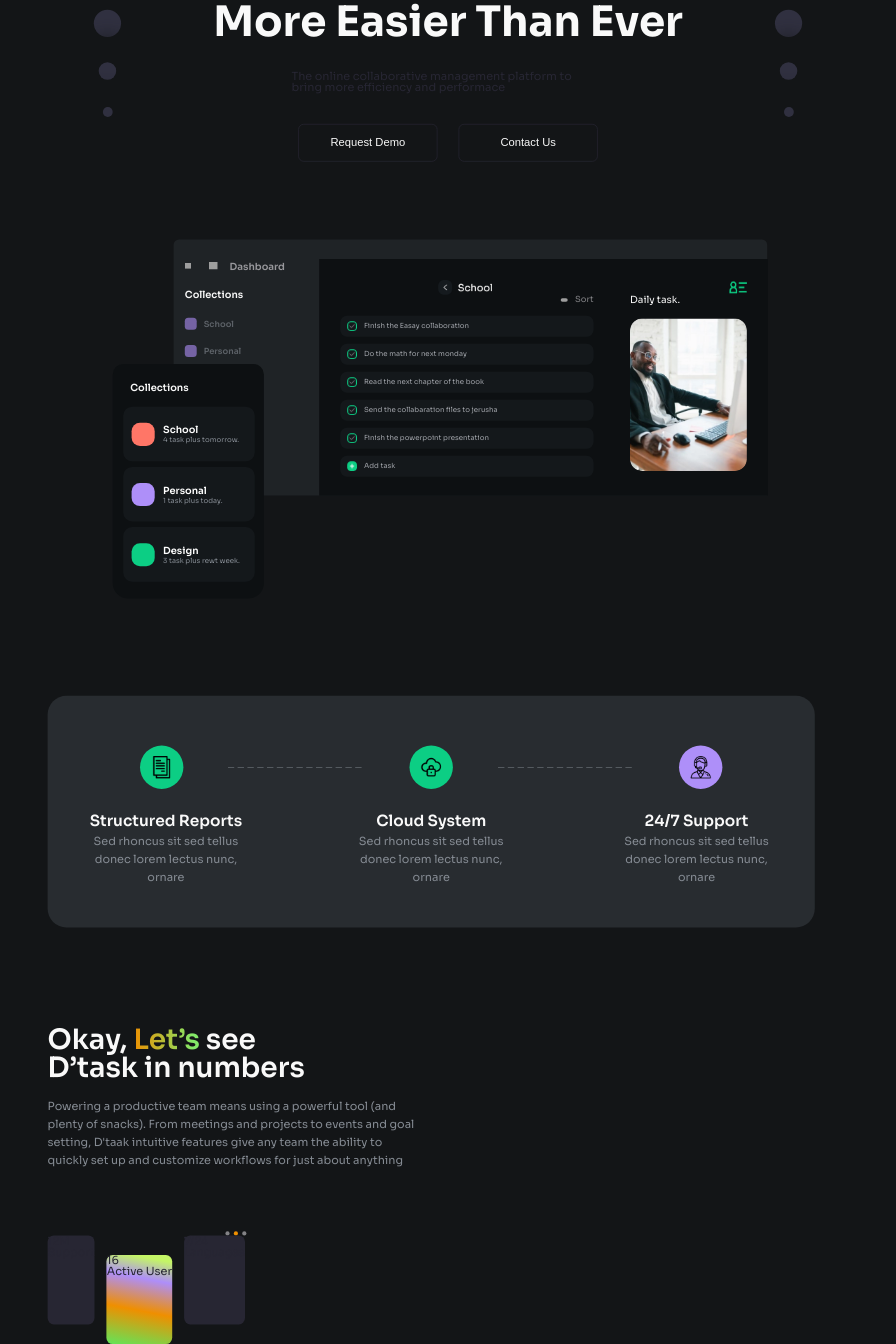
Repository: anhthiethumg/Task_Managerment_Website
Page: index.html
The author's editor kept a copy of each file at every save. The page is drawn from the files as they stood at one save, then again after a run of saves.
The browser window is 1280 px wide. The pictures show the part of the page from y = 320 to 2240 px (the page is 2240 px tall), at 70% of full size.
Pictures or frames that could not be fetched are drawn as grey boxes. A picture or video elsewhere on the page could not be fetched, so the positions and the page height are approximate.

Above is the page before, as saved 2023-07-29 00:43:40.

### index.html
<!DOCTYPE html>
<html lang="en">
  <head>
    <meta charset="UTF-8" />
    <meta name="viewport" content="width=device-width, initial-scale=1.0" />
    <title>Task Managerment Website</title>
    <!-- Reset Css -->
    <link rel="stylesheet" href="./assets/css/reset.css" />

    <!-- CSS -->
    <link rel="stylesheet" href="./assets/css/styles.css" />

    <!-- Embed Font-->

    <link rel="preconnect" href="https://fonts.googleapis.com" />
    <link rel="preconnect" href="https://fonts.gstatic.com" crossorigin />
    <link
      href="https://fonts.googleapis.com/css2?family=Sora:wght@400;600;700;800&display=swap"
      rel="stylesheet"
    />
  </head>
  <body>
    <!-- Header -->
    <section class="header">
      <div class="container">
        <navbar class="row nav">
          <img src="./assets/image/logo.svg" alt="Task." />
          <div class="nav-list">
            <a class="nav-item" href="#!">Home</a>
            <a class="nav-item" href="#!">Products</a>
            <a class="nav-item" href="#!">Guidlines</a>
            <a class="nav-item" href="#!">Guidlines</a>
          </div>
          <button class="btn nav-btn">Sign In</button>
        </navbar>
        <section class="hero">
          <div class="row hero__content">
            <div class="stacked-circles">
              <div class="circles"></div>
              <div class="circles"></div>
              <div class="circles"></div>
              <div class="circles"></div>
            </div>
            <div class="hero--content__heading">
              <h1 class="hero__heading">
                Make <span class="heading__liner">Management</span> Way More
                Easier Than Ever
              </h1>
              <p class="hero__desc section-desc">
                The online collaborative management platform to bring more
                efficiency and performace
              </p>
              <div class="hero-btn row">
                <button type="button" class="btn hero__btn">
                  Request Demo
                </button>
                <button type="button" class="btn hero__btn">Contact Us</button>
              </div>
            </div>
            <div class="stacked-circles">
              <div class="circles"></div>
              <div class="circles"></div>
              <div class="circles"></div>
              <div class="circles"></div>
            </div>
          </div>
          <section class="task-manager row">
            <sidebar class="sidebar">
              <div class="row sidebar__header">
                <img
                  src="./assets/icons/icon-sidebar.svg"
                  alt="icon-sidebar"
                  class="icon__sidebar"
                />
                <img
                  src="./assets/icons/dashboard-icon.svg"
                  alt="dashboard-icon"
                  class="dashboard-icon"
                />
                <h4 class="sidebar__heading">Dashboard</h4>
              </div>
              <div class="sidebar__list">
                <h4 class="sidebar__list--heading">Collections</h4>
                <div class="sidebar__list--item">
                  <h5 class="sidebar__item--content">School</h5>
                </div>
                <div class="sidebar__list--item">
                  <h5 class="sidebar__item--content">Personal</h5>
                </div>
              </div>
            </sidebar>
            <section class="task-manager__section">
              <div class="task__header row">
                <img src="./assets/icons/school.png" alt="Back" class="back" />
                <img
                  src="./assets/icons/contact us icon.png"
                  alt="Contact"
                  class="contact-us"
                />
              </div>
              <div class="task__content row">
                <div class="list--work">
                  <div class="list-sort">Sort</div>
                  <div class="work--item">Finish the Easay collaboration</div>
                  <div class="work--item">Do the math for next monday</div>
                  <div class="work--item">
                    Read the next chapter of the book
                  </div>
                  <div class="work--item">
                    Send the collabaration files to jerusha
                  </div>
                  <div class="work--item">
                    Finish the powerpoint presentation
                  </div>
                  <div class="work--item">Add task</div>
                </div>
                <div class="daily-task">
                  <div class="dailytask__heading">Daily task.</div>
                  <img
                    class="dailytask__img"
                    src="./assets/image/Rectangle 50.png"
                    alt="Daily task"
                  />
                </div>
              </div>
              <div class="card">
                <div class="card__heading">Collections</div>
                <div class="card__list">
                  <div class="card__item">
                    <div class="card__item--icon"></div>
                    <div class="card__item--content">
                      <h4 class="card__item--title">School</h4>
                      <p class="card__item--desc">4 task plus tomorrow.</p>
                    </div>
                  </div>
                  <div class="card__item">
                    <div class="card__item--icon"></div>
                    <div class="card__item--content">
                      <h4 class="card__item--title">Personal</h4>
                      <p class="card__item--desc">1 task plus today.</p>
                    </div>
                  </div>
                  <div class="card__item">
                    <div class="card__item--icon"></div>
                    <div class="card__item--content">
                      <h4 class="card__item--title">Design</h4>
                      <p class="card__item--desc">3 task plus rewt week.</p>
                    </div>
                  </div>
                </div>
              </div>
            </section>
          </section>
        </section>
      </div>
    </section>

    <!-- Main -->
    <main class="main">
      <div class="container">
        <!-- Services -->
        <section class="services">
          <div class="services__icon--list">
            <div class="services__icon--bg">
              <img
                src="./assets/icons/report.png"
                alt="Report"
                class="services__icon"
              />
            </div>
            <img src="./assets/icons/dash line-1.svg" alt="dash-line" />
            <div class="services__icon--bg">
              <img
                src="./assets/icons/server.png"
                alt="Server"
                class="services__icon"
              />
            </div>

            <img src="./assets/icons/dash line-1.svg" alt="dash-line" />
            <div class="services__icon--bg">
              <img
                src="./assets/icons/support.png"
                alt="Support"
                class="services__icon"
              />
            </div>
          </div>
          <div class="services__list row">
            <div class="services__items">
              <h3 class="services__heading">Structured Reports</h3>
              <p class="services__desc">
                Sed rhoncus sit sed tellus donec lorem lectus nunc, ornare
              </p>
            </div>
            <div class="services__items">
              <h3 class="services__heading">Cloud System</h3>
              <p class="services__desc">
                Sed rhoncus sit sed tellus donec lorem lectus nunc, ornare
              </p>
            </div>
            <div class="services__items">
              <h3 class="services__heading">24/7 Support</h3>
              <p class="services__desc">
                Sed rhoncus sit sed tellus donec lorem lectus nunc, ornare
              </p>
            </div>
          </div>
        </section>

        <!-- Static -->

        <section class="static row">
          <section class="static__content">
            <h2 class="static__heading section__heading">
              Okay, <span class="heading__liner">Let’s</span> see D’task in numbers
            </h2>
            <p class="static__desc section__desc">
              Powering a productive team means using a powerful tool (and plenty of snacks). From meetings and projects to events and goal setting, D'taak intuitive features give any team the ability to quickly set up and customize workflows for just about anything
            </p>
            <div class="static__dot row">
              <div class="dot"></div>
              <div class="dot"></div>
              <div class="dot"></div>
            </div>
            <div class="static__list row">
              <div class="static__item">
                <div class="static--item__number">
                  12M
                </div>
                <div class="static--item__title">
                  Support
                </div>
              </div>
              <div class="static__item">
                <div class="static--item__number">
                  16
                </div>
                <div class="static--item__title">
                  Active User
                </div>
              </div>
              <div class="static__item">
                <div class="static--item__number">
                  7/24
                </div>
                <div class="static--item__title">
                  Languages
                </div>
              </div>
            </div>
          </section>
        </section>
      </div>
    </main>
  </body>
</html>

### assets/css/styles.css
* {
  box-sizing: border-box;
}

html {
  font-size: 62.5%;
}

:root {
  color: var(--text-color-gray-2, #282c30);
  color: var(--text-color-white, #f9f9f9);
  color: var(
    --primary-color-leniar-color,
    linear-gradient(90deg, #eb9204 1.67%, #83e868 89.99%)
  );
  color: var(--primary-color-background, #131517);
  color: var(--text-color-dark-blue, #272633);
}
body {
  font-size: 1.6rem;
  font-family: "Sora", sans-serif;
  background: var(--primary-color-background, #131517);
}

/* Common */

a {
  text-decoration: none;
}

.container {
  width: 1144px;
  margin: 0 auto;
}

.row {
  display: flex;
}

.btn {
  width: 110px;
  height: 40px;
  border-radius: 8px;
  border: 1px solid var(--text-color-dark-blue, #272633);
  background: #131517;
  text-align: center;
}

.section__desc {
  color: var(--text-color-gray-1, #858b93);
  text-align: center;
  font-size: 1.6rem;
  font-weight: 400;
  line-height: 1.625;
}

.section__heading {
  color: var(--text-color-white, #f9f9f9);
  font-size: 4rem;
  font-weight: 600;
}
/* Header */

.header {
  margin-top: 40px;
  margin-bottom: 140px;
  padding-top: 10px;
}

/* Navbar */

.nav {
  justify-content: space-between;
  align-items: center;
  height: 40px;
  margin-bottom: 157px;
}

.nav-item {
  margin-right: 36px;
  color: var(--text-color-gray-1, #858b93);
  font-size: 1.6rem;
  font-weight: 400;
  line-height: 1.5;
}

.nav-item:hover {
  color: var(--text-color-white, #f9f9f9);
  text-decoration: underline;
}

.nav-btn {
  background: var(
    --primary-color-leniar-color,
    linear-gradient(90deg, #eb9204 1.67%, #83e868 89.99%)
  );
  background-clip: text;
  -webkit-background-clip: text;
  -webkit-text-fill-color: transparent;
  font-size: 1.6rem;
  font-weight: 400;
  line-height: 1.5;
}

/* hero-content */
.hero__content {
  padding: 0 25px;
  justify-content: space-between;
}
.hero__heading {
  margin: 0 auto 34px;
  width: 783px;
  color: var(--text-color-white, #f9f9f9);
  text-align: center;
  font-size: 6rem;
  font-weight: 700;
  line-height: 1.17;
}

.heading__liner {
  background: var(
    --primary-color-leniar-color,
    linear-gradient(90deg, #eb9204 1.67%, #83e868 89.99%)
  );
  background-clip: text;
  -webkit-background-clip: text;
  -webkit-text-fill-color: transparent;
}

.hero__desc {
  width: 447px;
  margin: 0 auto 44px;
}

.hero-btn {
  justify-content: center;
  gap: 30px;
}

.hero__btn {
  margin-bottom: 111px;
  width: 199px;
  height: 54px;
  color: var(--text-color-white, #f9f9f9);
  font-size: 1.6rem;
  font-weight: 400;
  line-height: 1.625;
}

.hero__btn:hover {
  background: var(
    --primary-color-leniar-color,
    linear-gradient(90deg, #eb9204 1.67%, #83e868 89.99%)
  );
}

/* hero circle */

.stacked-circles {
  display: flex;
  flex-direction: column;
  align-items: center;
  margin-top: -75px;
}

.circles {
  fill: linear-gradient(180deg, #111118 4.96%, rgba(43, 43, 61, 0) 100%);
  box-shadow: 0px 39px 31px 0px #313141 inset;
  border-radius: 50%;
}
.circles:first-child {
  width: 121px;
  height: 121px;
  margin-bottom: 41px;
}

.circles:nth-child(2) {
  width: 39px;
  height: 39px;
  margin-bottom: 36px;
}

.circles:nth-child(3) {
  width: 25px;
  height: 25px;
  margin-bottom: 39px;
}

.circles:last-child {
  width: 14px;
  height: 14px;
  flex-shrink: 0;
}

/* task manager */

.task-manager {
  width: 848px;
  height: 366px;
  border-radius: 8px 8px 0px 0px;
  background: #1f2326;
  margin-left: 180px;
}

.sidebar {
  padding: 18px 0 0 16px;
}

.sidebar__header {
  width: 192px;
  height: 39px;
  align-items: center;
}

.icon__sidebar {
  width: 9px;
  height: 9px;
  margin-right: 25px;
}

.dashboard-icon {
  width: 13px;
  height: 11px;
  margin-right: 17px;
}

.sidebar__heading {
  color: #98989c;
  font-size: 1.4rem;
  font-weight: 600;
}

.sidebar__list--heading {
  margin: 15px 0 15px;
  color: var(--text-color-white, #f9f9f9);
  font-size: 1.4rem;
  font-weight: 600;
}

.sidebar__list--item {
  width: 192px;
  height: 39px;
  display: flex;
  align-items: center;
}

.sidebar__list--item:hover {
  background: #2b2d2f;
}
.sidebar__item--content {
  color: var(--text-color-gray-1, #858b93);
  font-size: 1.2rem;
  font-weight: 600;
  opacity: 0.6000000238418579;
  display: flex;
  align-items: center;
}

.sidebar__item--content::before {
  display: inline-block;
  content: " ";
  width: 17px;
  height: 17px;
  border-radius: 5px;
  background: #ae8ff9;
  margin-right: 10px;
}

.task-manager__section {
  position: relative;
  margin-top: 28px;
  margin-right: 15px;
  background: #0d1012;
  width: 100%;
  padding: 30px;
}

.task__header {
  margin-left: 140px;
  justify-content: space-between;
}

.list--work {
  width: 362px;
  margin-right: 52px;
}

.list-sort {
  color: #838386;
  font-size: 1.2rem;
  font-weight: 400;
  text-align: right;
  height: 30px;
}

.list-sort::before {
  display: inline-block;
  content: " ";
  width: 10px;
  height: 5px;
  border-radius: 5px;
  margin-right: 10px;
  background-image: url(../icons/sort.svg);
  margin-left: 10px;
}
.work--item {
  display: flex;
  align-items: center;
  margin-bottom: 10px;
  width: 100%;
  height: 30px;
  border-radius: 10px;
  background: #14181b;
  color: #9ea1a7;
  font-size: 1rem;
  font-weight: 300;
}

.work--item:before {
  display: inline-block;
  content: " ";
  width: 14px;
  height: 14px;
  border-radius: 5px;
  margin-right: 10px;
  background-image: url(../icons/check.svg);
  margin-left: 10px;
}

.work--item:last-child:before {
  background-image: url(../icons/add.svg);
}

.dailytask__heading {
  color: var(--text-color-white, #f9f9f9);
  font-size: 1.4rem;
  font-weight: 400;
  margin-bottom: 20px;
}

.dailytask__img {
  width: 167px;
  height: 218px;
  flex-shrink: 0;
  border-radius: 17px;
  background: rgba(13, 16, 18, 0.24);
}

.card {
  position: absolute;
  width: 216px;
  height: 335px;
  border-radius: 15px 15px 22px 22px;
  background: #0d1012;
  padding: 26px 15px;
  left: -295px;
  top: 150px;
}

.card__heading {
  color: #f9f9f9;
  font-size: 1.4rem;
  font-weight: 600;
  margin-left: 10px;
  margin-bottom: 21px;
}

.card__item {
  display: flex;
  align-items: center;
  width: 188px;
  height: 78px;
  border-radius: 13px;
  background: #14181b;
  margin-bottom: 8px;
}
.card__item--icon {
  width: 33px;
  height: 33px;
  border-radius: 12px;
  margin: 12px;
}

.card__item:first-child .card__item--icon {
  background: var(--primary-color-dark-orange, #ff7667);
}

.card__item:nth-child(2) .card__item--icon {
  background: var(--primary-color-blue, #ae8ff9);
}

.card__item:last-child .card__item--icon {
  background: var(--primary-color-green, #0cce84);
}

.card__item--title {
  color: #fff;
  font-size: 1.4rem;
  font-weight: 600;
  margin-bottom: 3px;
}

.card__item--desc {
  color: var(--text-color-gray-1, #858b93);
  font-size: 1rem;
  font-weight: 400;
}

/* services */

.services {
  padding: 41px 50px 53px 50px;
  margin-top: 286px;
  margin-bottom: 140px;
  width: 1096px;
  height: 331px;
  border-radius: 27px;
  background: var(--text-color-gray-2, #282c30);
}

.services__icon--list {
  display: flex;
  align-items: center;
  justify-content: space-around;
  margin: 30px 50px;
}

.services__icon--bg {
  background: var(--primary-color-green, #0cce84);
  width: 62px;
  height: 62px;
  border-radius: 50%;
  display: flex;
  align-items: center;
  justify-content: center;
}

.services__icon--bg:nth-child(2) {
  background: var(--primary-color-dark-yellow, #ef8f00);
}

.services__icon--bg:last-child {
  background: var(--primary-color-blue, #ae8ff9);
}
.services__icon {
  width: 32px;
  height: 32px;
}

.services__list {
  justify-content: space-between;
}

.services__items {
  width: 238px;
  text-align: center;
}

.services__heading {
  color: var(--text-color-white, #f9f9f9);
  font-size: 2.2rem;
  font-weight: 600;
  line-height: 1.45;
}

.services__desc {
  color: #858b93;
  font-size: 1.6rem;
  font-weight: 400;
  line-height: 1.625;
}

/* Static */
.static__content {
  width: 537px;
}
.static__heading {
  width: 368px;
  margin-bottom: 22px;
}

.static__desc {
  width: 537px;
  height: 106px;
  text-align: left;
  margin-bottom: 86px;
}

.static__dot {
  gap: 6px;
  justify-content: center;
  margin-bottom: 28px;
}
.dot {
  width: 6px;
  height: 6px;
  border-radius: 50%;
  background: #838386;
}

.dot:nth-child(2) {
  background: #ef8f00;
}

.static__list {
  gap: 17px;
}
.static__item {
  df
  width: 132px;
  height: 127px;
  border-radius: 9px;
  background: var(--text-color-dark-blue, #272633);
}

.static__item:nth-child(odd) {
  margin-top: -28px;
}

.static__item:nth-child(2) {
  background: linear-gradient(
    191deg,
    #c4f566 7.35%,
    #ae8ef9 28.41%,
    #ef8f00 60.81%,
    #61e559 100%
  );
}

Loaded but not shown: assets/css/reset.css (common file)

After the next 3 saves:
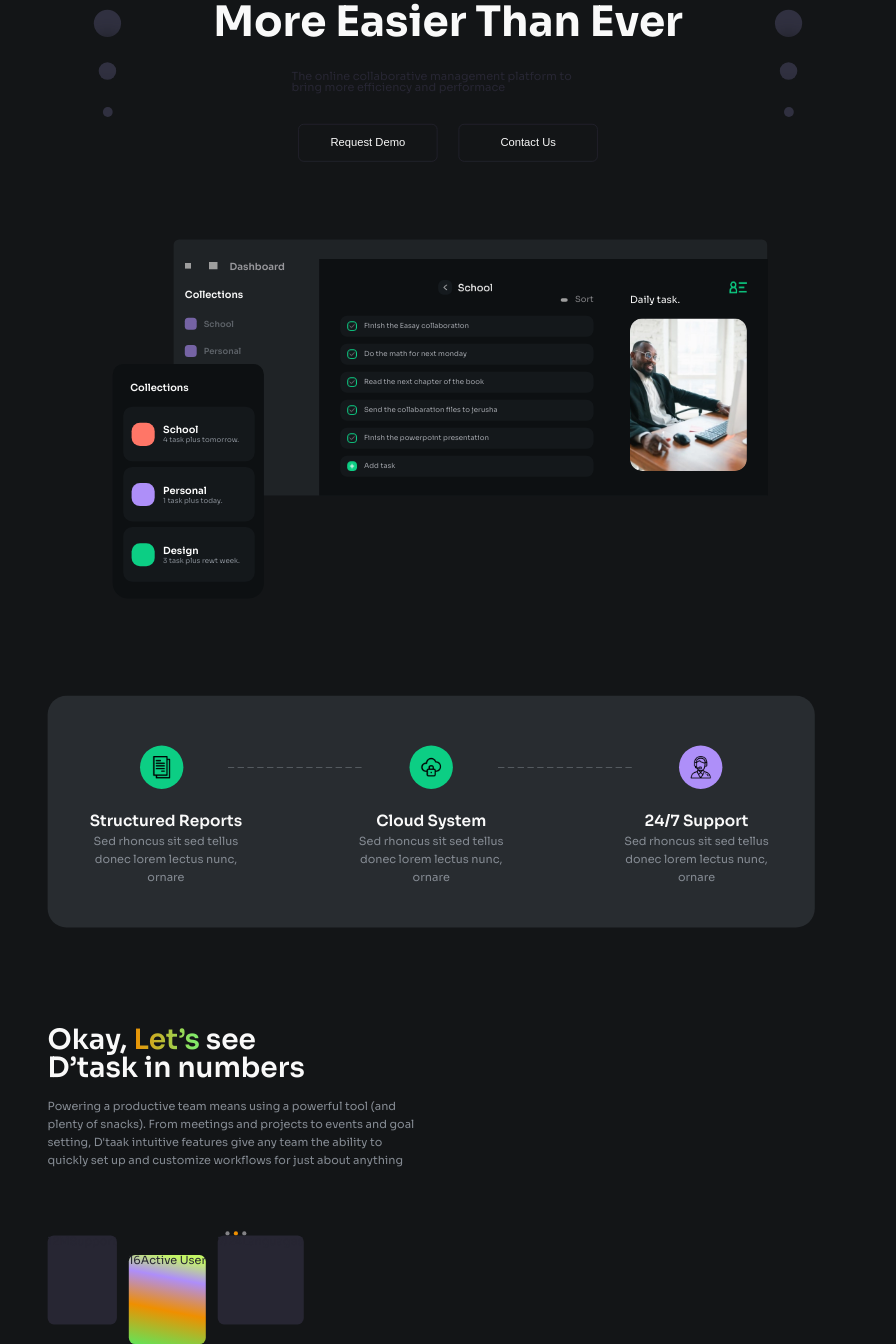
The 3 saves are shown as one change because they came seconds apart.
The last was saved 8 s later.
--- a/assets/css/styles.css
+++ b/assets/css/styles.css
@@ -506,7 +506,8 @@ a {
   gap: 17px;
 }
 .static__item {
-  df
+  display: flex;
+  fl
   width: 132px;
   height: 127px;
   border-radius: 9px;
